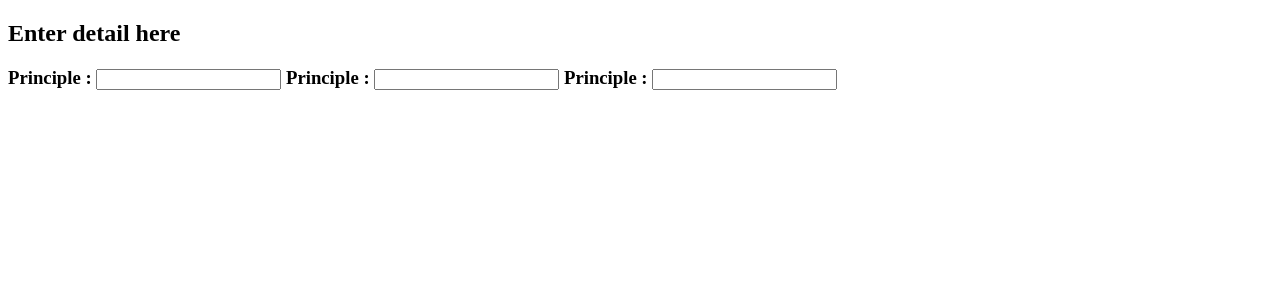
Repository: ishworpanta10/java_csit_seven_sem_programs
Page: http://localhost/JAVA_SERVLET_SIMPLE_INTEREST/
The author's editor kept a copy of each file at every save. The page is drawn from the files as they stood at one save, then again after the next save.
The browser window is 1280 px wide. The pictures show the whole page.
The page is served by Tomcat 9.

Above is the page before, as saved 2021-02-04 08:23:59.

After the next save:
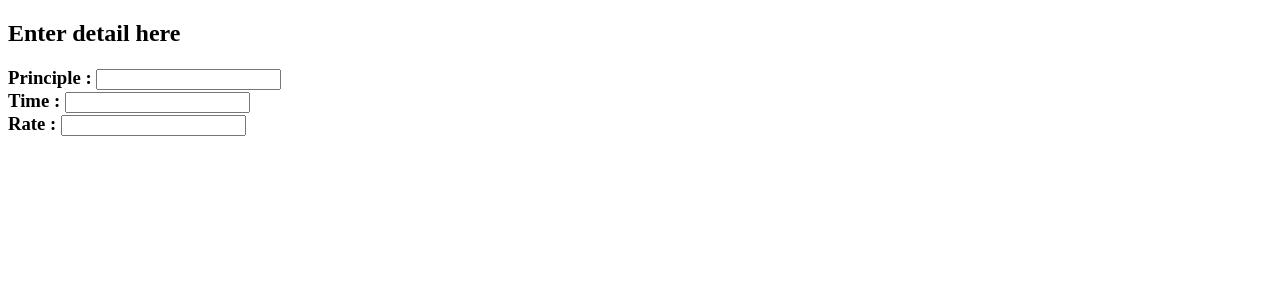
Saved 25 s later.
--- a/JAVA_SERVLET_SIMPLE_INTEREST/WebContent/index.jsp
+++ b/JAVA_SERVLET_SIMPLE_INTEREST/WebContent/index.jsp
@@ -10,9 +10,9 @@
 <h2> Enter detail here</h2>
 <form>
 	<h3>
-		Principle : <input type="text" name="principle" required="required">
-		Principle : <input type="text" name="principle" required="required">
-		Principle : <input type="text" name="principle" required="required">
+		Principle : <input type="text" name="principle" required="required"> <br/>
+		Time : <input type="text" name="time" required="required"><br/>
+		Rate : <input type="text" name="rate" required="required"><br/><br/>
 	</h3>
 </form>
 
